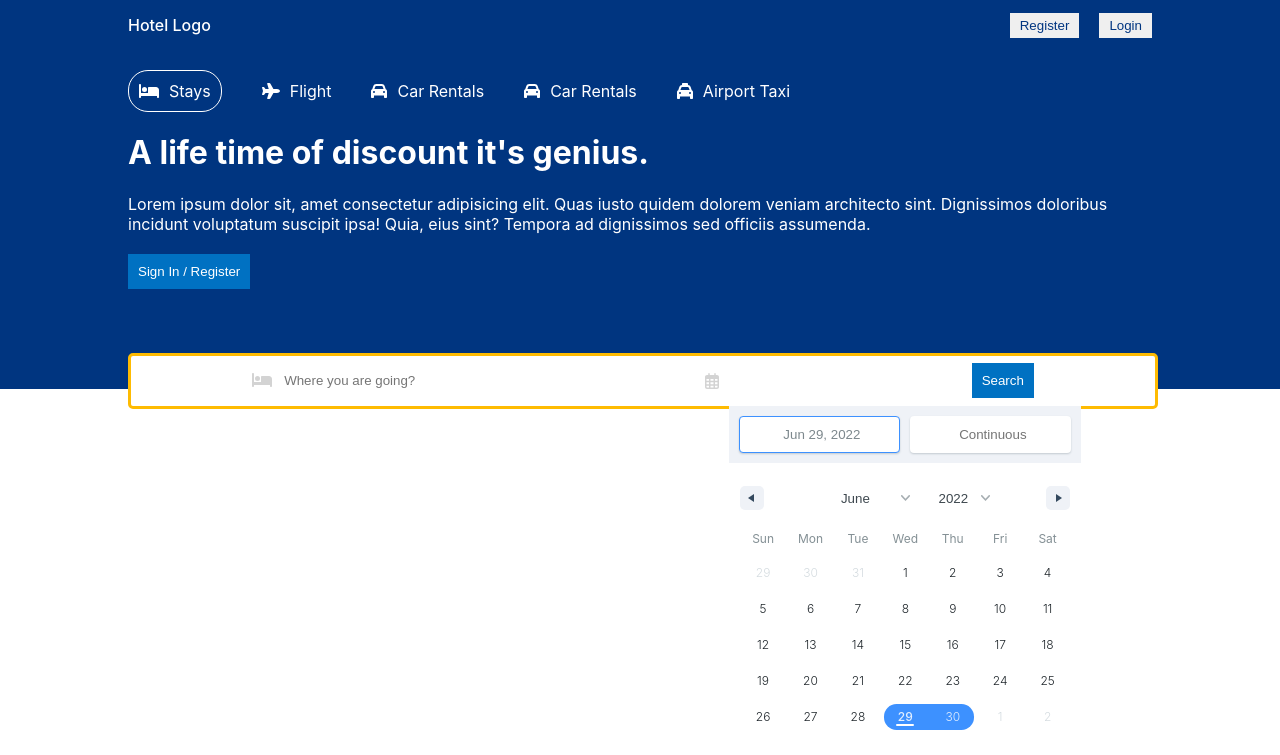
Repository: shikubro90/Booking-App
Page: /
The author's editor kept a copy of each file at every save. The page is drawn from the files as they stood at one save, then again after the next save.
The browser window is 1280 px wide. The pictures show the whole page.
The project was rebuilt for these pictures with package versions that can differ from the ones it lists, and the page was loaded fresh each time. Also part of the build but not shown: src/App.css, src/pages/Hotels/Hotels.jsx. Imported but missing from the stored project, and not drawn on this page: src/pages/List/List.

Above is the page before, as saved 2022-06-29 01:09:56.

### src/App.js
import './App.css';
import {
  BrowserRouter,
  Routes,
  Route,
} from "react-router-dom";

import Home from './pages/Home/Home';
import List from './pages/List/List';
import Hotels from './pages/Hotels/Hotels';

function App() {
  return (
    <BrowserRouter>
      <Routes>
        <Route path='/' element={<Home/>}/>
        <Route path='hotels' element={<List/>}/>
        <Route path='hotels/:id' element={<Hotels/>}/>
      </Routes>
    </BrowserRouter>
  );
}

export default App;

### src/pages/Home/Home.jsx
import React from 'react';
import Header from '../../components/Header/Header';
import Navbar from '../../components/Navbar/Navbar';

const Home = () => {
    return (
        <div>
            <Navbar/>
            <Header/>
        </div>
    );
};

export default Home;

### src/components/Header/Header.jsx
import { faCalendarDays } from '@fortawesome/free-regular-svg-icons';
import { faBed, faCar, faPlane, faTaxi } from '@fortawesome/free-solid-svg-icons';
import { FontAwesomeIcon } from '@fortawesome/react-fontawesome';
import { useState } from 'react';
import { DateRange } from 'react-date-range';
import 'react-date-range/dist/styles.css'; // main style file
import 'react-date-range/dist/theme/default.css'; // theme css file
import './Header.css';

const Header = () => {

    const [date, setDate] = useState([
        {
            startDate : new Date(),
            endDate : null,
            key : "selection"
        }
    ])

    return (
        <div className="header">
            <div className="headerContainer">
                <div className="headerList">
                    <div className="headerListItem active">
                        <FontAwesomeIcon icon={faBed} />
                        <span>Stays</span>
                    </div>
                    <div className="headerListItem">
                        <FontAwesomeIcon icon={faPlane} />
                        <span>Flight</span>
                    </div>
                    <div className="headerListItem">
                        <FontAwesomeIcon icon={faCar} />
                        <span>Car Rentals</span>
                    </div>
                    <div className="headerListItem">
                        <FontAwesomeIcon icon={faCar} />
                        <span>Car Rentals</span>
                    </div>
                    <div className="headerListItem">
                        <FontAwesomeIcon icon={faTaxi} />
                        <span>Airport Taxi</span>
                    </div>
                </div>
                {/* End headerListing */}

                <h1 className="headerTitle">
                    A life time of discount it's genius.
                </h1>
                <div className="headerDescription">
                    Lorem ipsum dolor sit, amet consectetur adipisicing elit. Quas iusto quidem dolorem veniam architecto sint. Dignissimos doloribus incidunt voluptatum suscipit ipsa! Quia, eius sint? Tempora ad dignissimos sed officiis assumenda.
                </div>
                <button className='headerButton'>Sign In / Register</button>

                <div className="headerSearch">
                    <div className="headerSearchItem">
                        <FontAwesomeIcon icon={faBed} className="headerIcon" />
                        <input type="text" placeholder='Where you are going?' className='headerSearchInput' />
                    </div>
                    {/* headerSearchItem */}

                    <div className="headerSearchItem">
                        <FontAwesomeIcon icon={faCalendarDays} className="headerIcon" />
                        <span className='headerSearchText'>
                            <DateRange
                            editableDateInputs={true}
                            onChange={item => setDate([item.selection])}
                            moveRangeOnFirstSelection={false}
                            ranges={date}
                            className='date'
                            />
                        </span>
                    </div>
                    {/* headerSearchItem */}

                    <div className="headerSearchItem">
                        <button className="headerButton">Search</button>
                    </div>
                    {/* headerSearchItem */}
                </div>
                {/* HeaderSearch */}

            </div>
            {/* End headerContainer */}
        </div>
        // End header
    );
};

export default Header;

### src/components/Navbar/Navbar.jsx
import  './Navbar.css';

const Navbar = () => {
    return (
        <div className='navbar'>
            <div className="navContainer">
                <span className="logo">
                    Hotel Logo
                </span>
                {/* End Logo */}

                <div className="navItems">
                    <button className='navButton'>Register</button>
                    <button className='navButton'>Login</button>
                </div>
            </div>
            {/* End navContainer */}
        </div>
        // End Navbar
    );
};

export default Navbar;

### src/components/Header/Header.css
.header{
    background: #003580;
    color: white;
    display: flex;
    justify-content: center;
    position: relative;
}

.headerContainer{
    width: 100%;
    max-width: 1024px;
    margin: 20px 0 100px 0;
}

.headerList{
    display: flex;
    gap: 40px;
    margin-bottom: 20px;
}

.headerListItem{
    display: flex;
    align-items: center;
    gap: 10px;
}

.headerListItem.active{
    border: 1px solid white;
    padding: 10px;
    border-radius: 20px;
}

.headerDescription{
    margin: 20px 0px;
}

.headerButton{
    background: #0071c2;
    color: white;
    border: none;
    padding: 10px;
}

.headerSearch{
    background: white;
    height: 30px;
    border: 3px solid #febb02;
    display: flex;
    align-items: center;
    justify-content: space-around;
    padding: 10px 0;
    border-radius: 5px;
    position: absolute;
    bottom: -20px;
    width: 100%;
    max-width: 1024px;
}

.headerSearchItem{
    display: flex;
    gap: 10px
    ;
}

.headerSearchText{
    color: lightgray;
    cursor: pointer;
}
.headerSearchInput{
    border: none;
    outline: none;
}

.headerIcon{
    color: lightgray;
}


.date{
    position: absolute;
    top: 50px;
}

### src/components/Navbar/Navbar.css
.navbar{
    height: 50px;
    background-color: #003580;
    display: flex;
    justify-content: center;
}

.navContainer{
    width: 100%;
    max-width: 1024px;
    color: white;
    display: flex;
    align-items: center;
    justify-content: space-between;
}

.logo{
    font-weight: 500;
}

.navButton{
    margin-left: 20px;
    border: none;
    padding: 5px 10px;
    color: #003580;
    cursor: pointer;
}

Loaded but not shown: public/index.html (common file); src/index.js (common file); src/index.css (common file); src/reportWebVitals.js (common file)

After the next save:
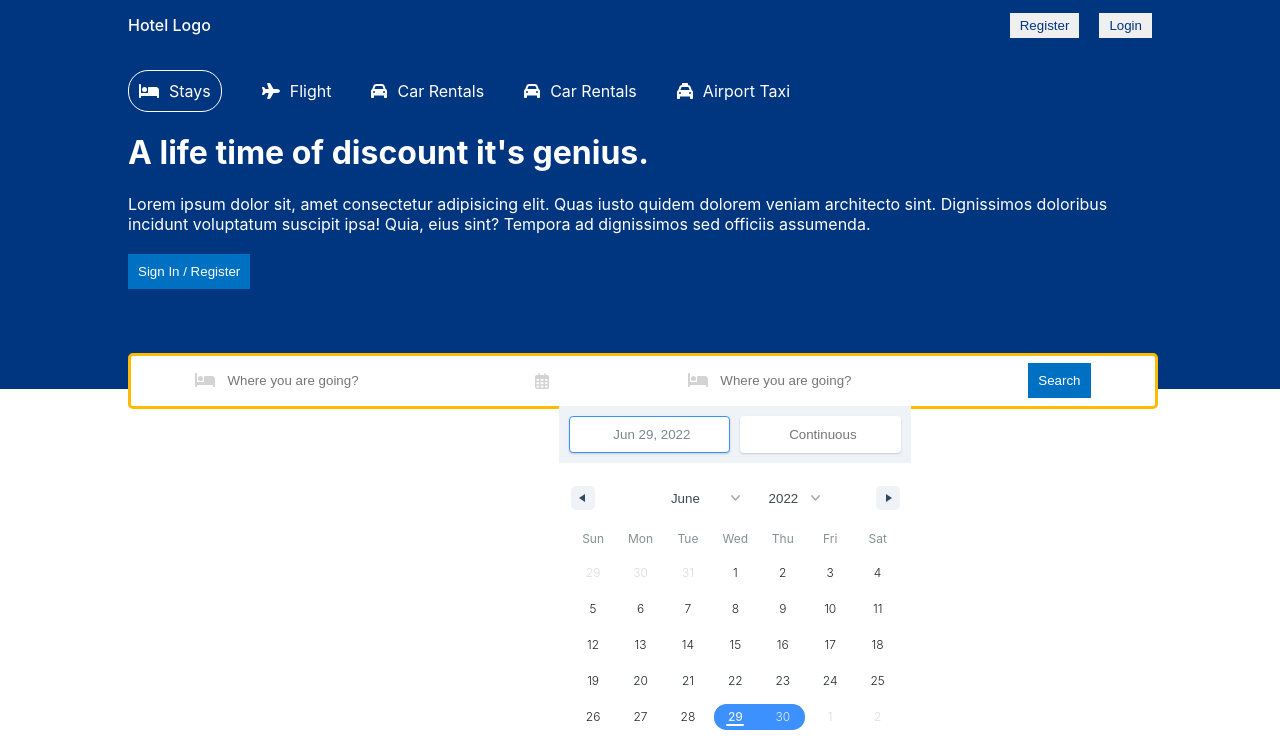
Saved 18 s later.
--- a/src/components/Header/Header.jsx
+++ b/src/components/Header/Header.jsx
@@ -71,6 +71,12 @@ const Header = () => {
                             />
                         </span>
                     </div>
+                    <div className="headerSearchItem">
+                        <FontAwesomeIcon icon={faBed} className="headerIcon" />
+                        <input type="text" placeholder='Where you are going?' className='headerSearchInput' />
+                    </div>
+                    {/* headerSearchItem */}
+
                     {/* headerSearchItem */}
 
                     <div className="headerSearchItem">
